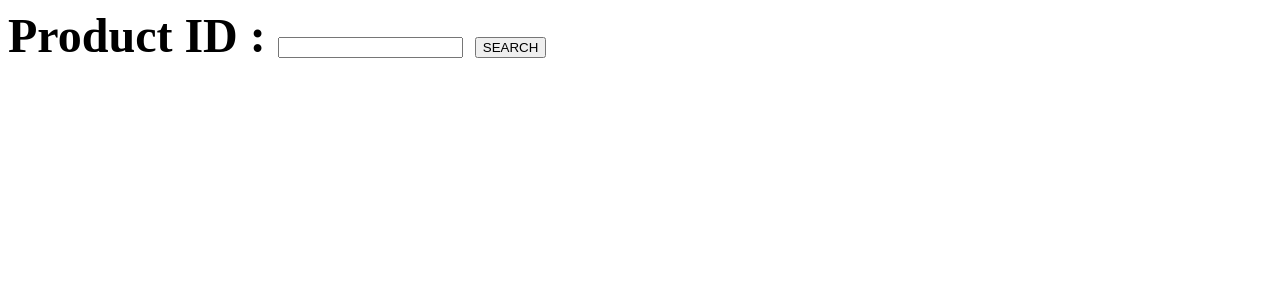
Repository: saxenagau/StrutsApplications
Page: http://localhost/DispatchAction/jsp/searchform.jsp
These files come from the project's save history. The page is drawn as it stood at one moment and after the next save; the edit follows.
The browser window is 1280 px wide. The pictures show the whole page.
The page is served by Tomcat 9. Other server files are loaded and not shown.

Above is the page before, as saved 2012-07-24 07:12:22.

### BuiltInActions/DispatchAction/WebContent/jsp/searchform.jsp
<%@ page language="java" contentType="text/html; charset=ISO-8859-1"
    pageEncoding="ISO-8859-1"%>
<%@ taglib prefix="html" uri="/WEB-INF/tld/struts-html.tld"%>
<!DOCTYPE html PUBLIC "-//W3C//DTD HTML 4.01 Transitional//EN" "http://www.w3.org/TR/html4/loose.dtd">
<html:html>
<head>
<meta http-equiv="Content-Type" content="text/html; charset=ISO-8859-1">
<title>Insert title here</title>
</head>
<body><b><font size="7">
	<html:form method="get" action="/product.do">
		Product ID : <html:text property="pid"></html:text>
		<html:submit>SEARCH</html:submit>
		<html:hidden property="method" value="search"/>
	</html:form>
</font></b></body>
</html:html>

After the next save:
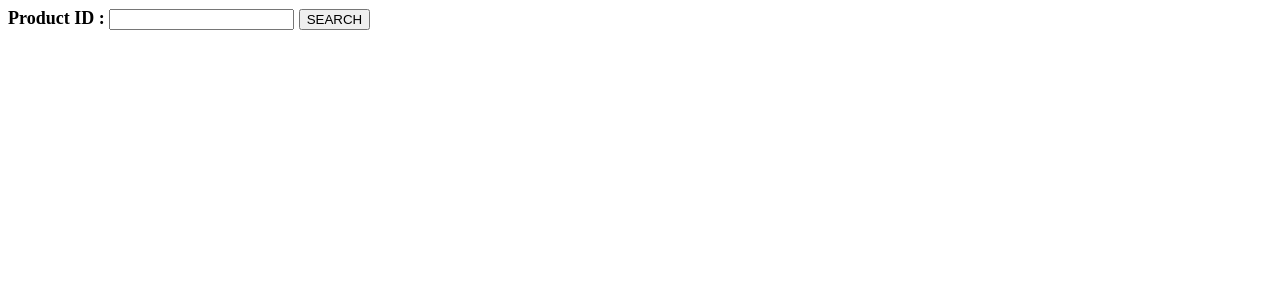
Saved 28 s later.
--- a/BuiltInActions/DispatchAction/WebContent/jsp/searchform.jsp
+++ b/BuiltInActions/DispatchAction/WebContent/jsp/searchform.jsp
@@ -7,7 +7,7 @@
 <meta http-equiv="Content-Type" content="text/html; charset=ISO-8859-1">
 <title>Insert title here</title>
 </head>
-<body><b><font size="7">
+<body><b><font size="4">
 	<html:form method="get" action="/product.do">
 		Product ID : <html:text property="pid"></html:text>
 		<html:submit>SEARCH</html:submit>
